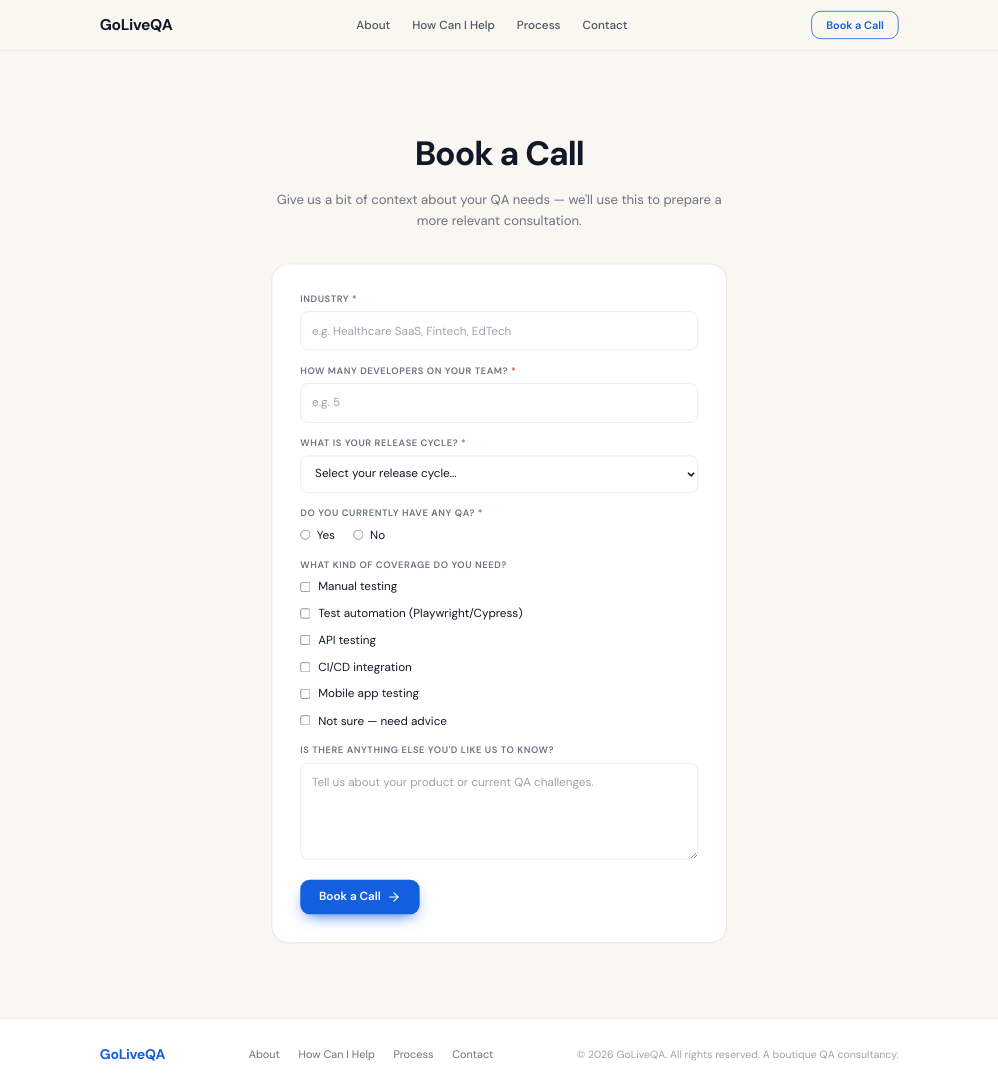
Repository: Monika281992/GoLiveQA
Page: /book-a-call
An editor plug-in stored every save of this project. The page is shown before and after the next save, followed by the edit.
The browser window is 1280 px wide. The pictures show the whole page, at 78% of full size.
The project was rebuilt for these pictures with package versions that can differ from the ones it lists, and the page was loaded fresh each time. The framework's server and built-in components were replaced by stand-ins that run in the browser. Also part of the build but not shown: next.config.mjs.

Above is the page before, as saved 2026-06-27 11:28:15.

After the next save:
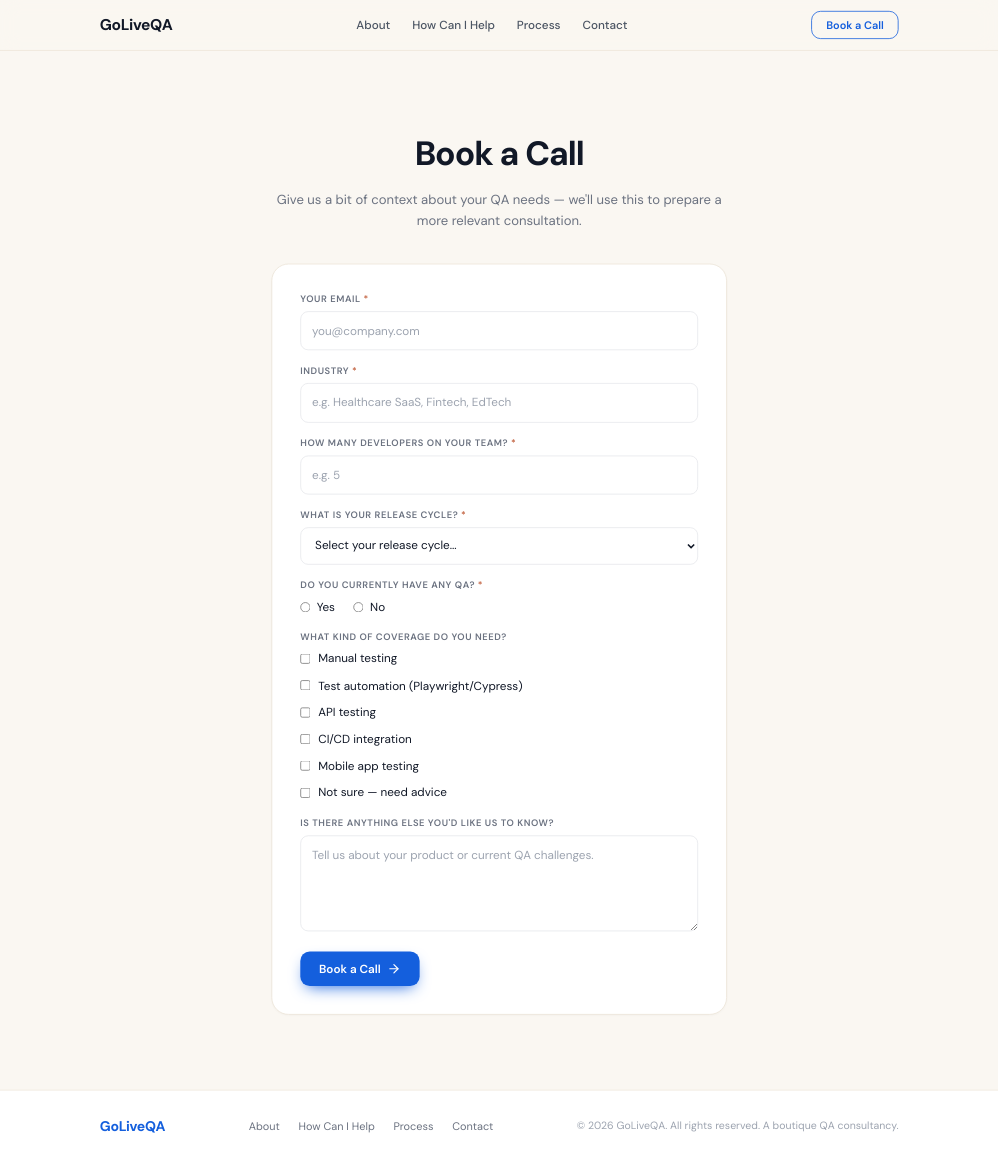
Saved 8 s later.
--- a/components/BookCall.jsx
+++ b/components/BookCall.jsx
@@ -116,6 +116,22 @@ export function BookCall() {
         </div>
       )}
 
+      {/* Email */}
+      <div>
+        <label className={labelClass}>
+          Your Email <span className="text-accent">*</span>
+        </label>
+        <input
+          type="email"
+          name="email"
+          value={formData.email}
+          onChange={handleChange}
+          placeholder="you@company.com"
+          className={fieldClass}
+          required
+        />
+      </div>
+
       {/* 1. Industry */}
       <div>
         <label className={labelClass}>
